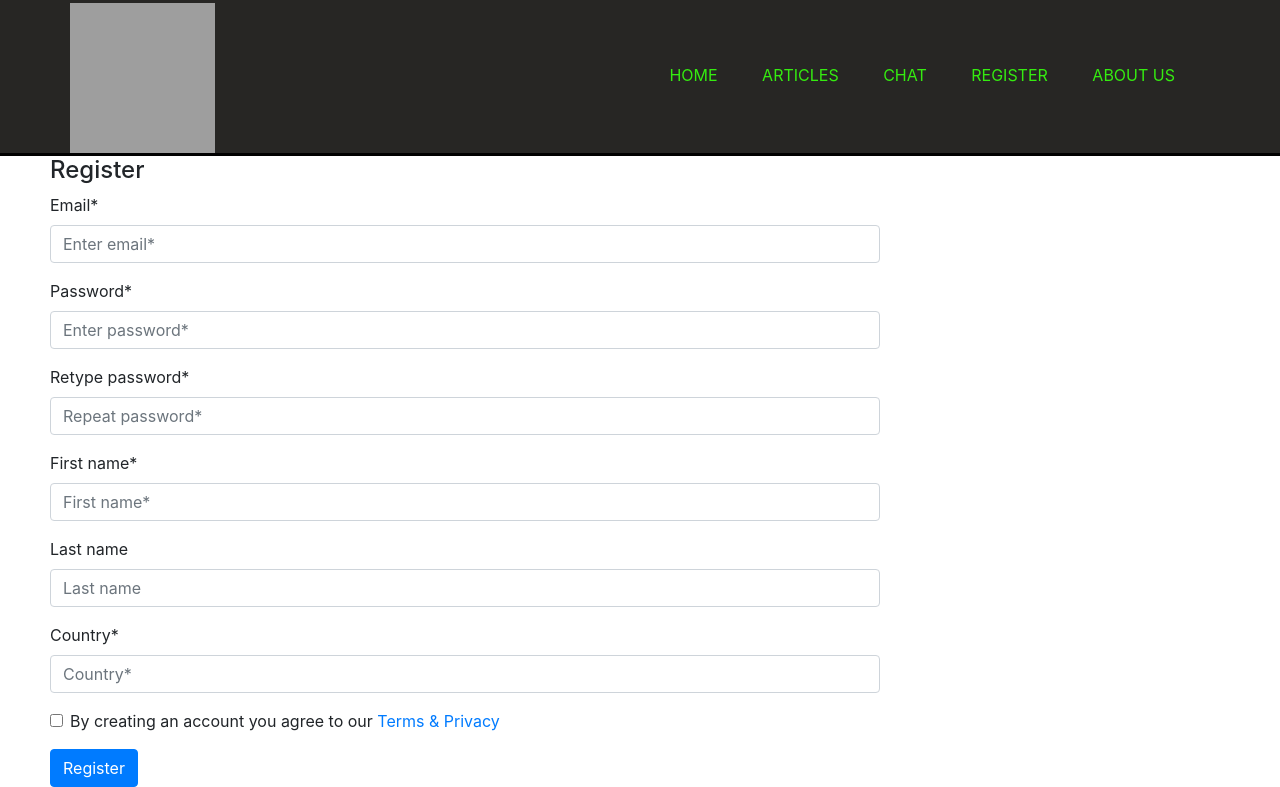
Repository: elvitasaukitena/Web
Page: register/register.html
The author's editor kept a copy of each file at every save. The page is drawn from the files as they stood at one save, then again after the next save.
The browser window is 1280 px wide. The pictures show the whole page.
Pictures or frames that could not be fetched are drawn as grey boxes.

Above is the page before, as saved 2018-08-08 14:58:35.

After the next save:
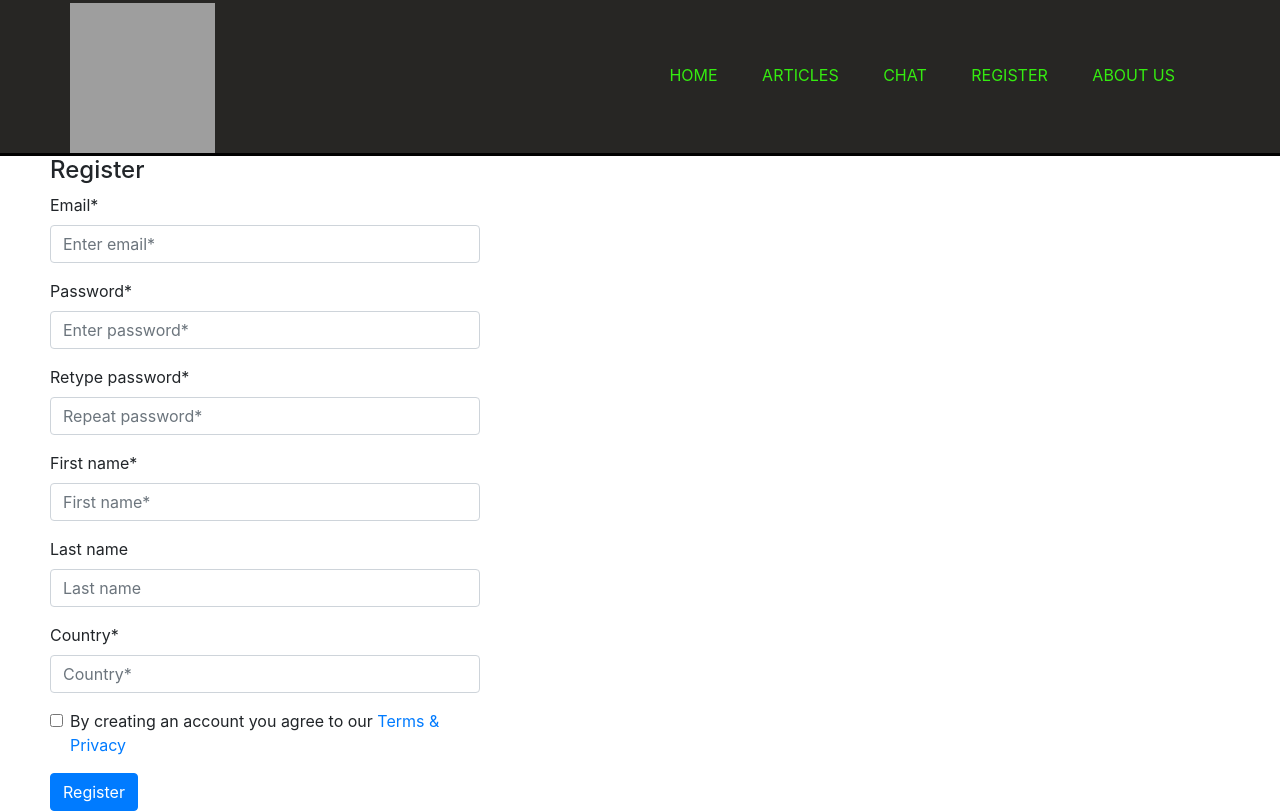
Saved 34 s later.
--- a/register/register.css
+++ b/register/register.css
@@ -61,3 +61,6 @@
 .register {
     padding: 0 400px 0 50px;
 }
+.form-group {
+    margin-right: 400px;
+}
